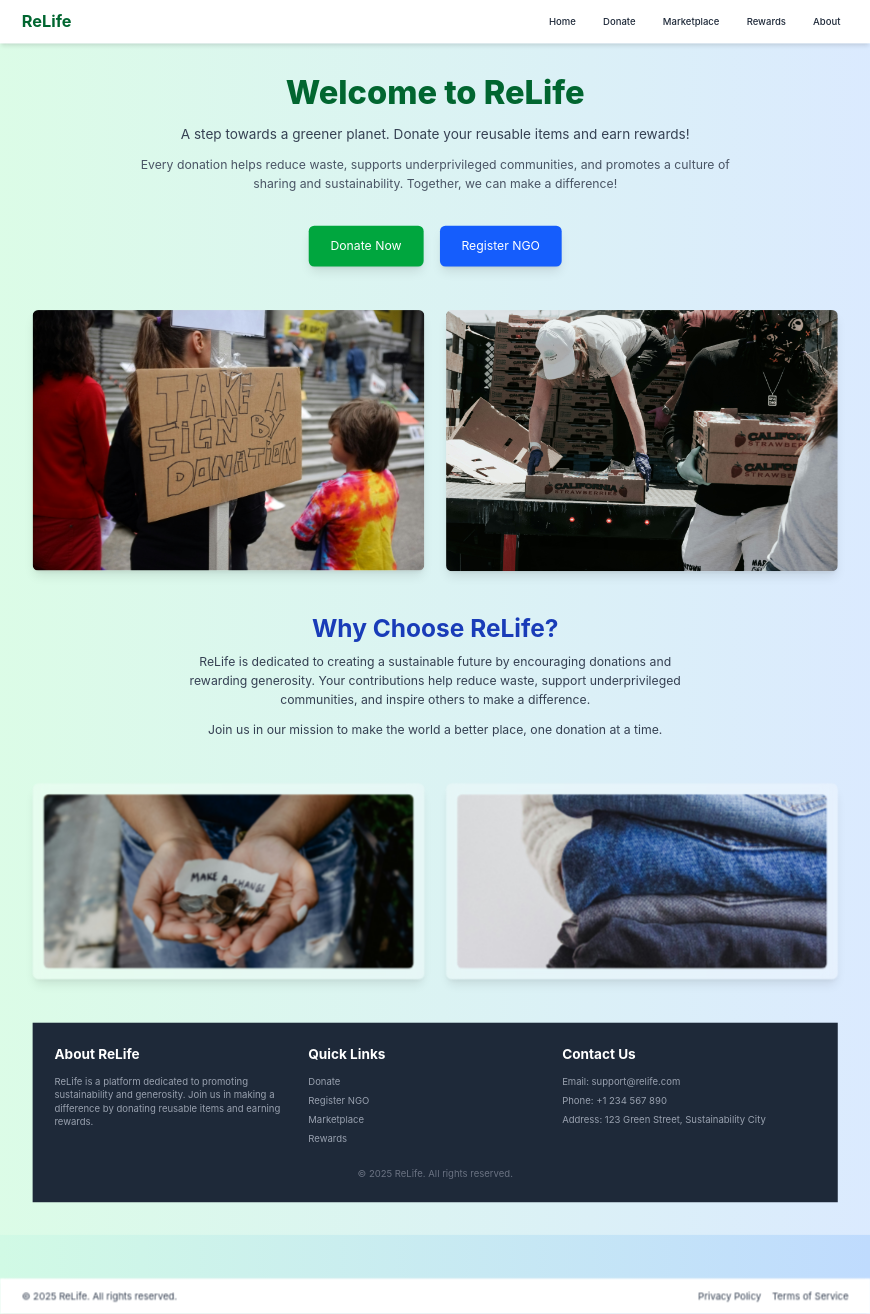
Repository: Harsh-verma24/edonation-drive
Page: / (app in frontend/)
An editor plug-in stored every save of this project. The page is shown before and after the next save, followed by the edit.
The browser window is 1280 px wide. The pictures show the whole page, at 68% of full size.
The project was rebuilt for these pictures with package versions that can differ from the ones it lists, and the page was loaded fresh each time. Also part of the build but not shown: frontend/vite.config.js, frontend/src/utils/axiosInstance.js, frontend/src/pages/Donate.jsx, frontend/src/pages/Rewards.jsx, frontend/src/pages/Marketplace.jsx, frontend/src/pages/About.jsx.

Above is the page before, as saved 2025-10-15 22:37:27.

### frontend/src/main.jsx
import { StrictMode } from 'react'
import { createRoot } from 'react-dom/client'
import './index.css'
import App from './App.jsx'
import { createBrowserRouter, RouterProvider } from 'react-router-dom';
import Navbar from './components/Navbar';
import Home from './pages/Home';
import Donate from './pages/Donate';
import Rewards from './pages/Rewards';
import Marketplace from './pages/Marketplace';
import About from './pages/About';

const router = createBrowserRouter([
  {
    path: '/',
    element: <App />, // Wrap all routes with App to include Navbar and Footer
    children: [
      { path: '/', element: <Home /> },
      { path: '/donate', element: <Donate /> },
      { path: '/rewards', element: <Rewards /> },
      { path: '/marketplace', element: <Marketplace /> },
      { path: '/about', element: <About /> }, // Add route for About page
    ],
  },
]);

createRoot(document.getElementById('root')).render(
  <StrictMode>
    <RouterProvider router={router} />
  </StrictMode>,
)

### frontend/src/index.css
@import "tailwindcss";

@layer base {
  :root {
    --primary-color: #16a34a; /* Green */
    --secondary-color: #2563eb; /* Blue */
    --background-gradient: linear-gradient(to right, #d1fae5, #bfdbfe);
    --text-color: #374151; /* Gray */
  }
}

body {
  background: var(--background-gradient);
  color: var(--text-color);
  font-family: 'Inter', sans-serif;
}

### frontend/src/App.jsx
import React from 'react';
import Navbar from './components/Navbar';
import Footer from './components/Footer';
import { Outlet } from 'react-router-dom';

function App() {
  return (
    <div className="relative min-h-screen">
      <Navbar />
      <main className="pt-16 pb-16">{/* Adjust padding to account for fixed Navbar and Footer */}
        <Outlet />
      </main>
      <Footer />
    </div>
  );
}

export default App;

### frontend/src/components/Navbar.jsx
import React, { useState } from 'react';
import { Menu, X } from 'lucide-react';

const Navbar = () => {
  const [isOpen, setIsOpen] = useState(false);

  const toggleDrawer = () => {
    setIsOpen(!isOpen);
  };

  return (
    <nav className="bg-white bg-opacity-30 backdrop-blur-md shadow-md fixed top-0 left-0 w-full z-50">
      <div className="max-w-7xl mx-auto px-4 sm:px-6 lg:px-8">
        <div className="flex items-center justify-between h-16">
          <div className="flex-shrink-0">
            <a href="/" className="text-2xl font-bold text-green-800">ReLife</a>
          </div>
          <div className="md:hidden">
            <button onClick={toggleDrawer} className="text-gray-800 hover:text-green-600 focus:outline-none">
              {isOpen ? <X size={24} /> : <Menu size={24} />}
            </button>
          </div>
          <div className={`md:flex md:items-center md:space-x-4 ${isOpen ? 'block' : 'hidden'} absolute md:static top-16 left-0 w-full md:w-auto bg-white md:bg-transparent shadow-md md:shadow-none`}>
            <a href="/" className="block text-gray-800 hover:text-green-600 px-3 py-2 rounded-md text-sm font-medium">Home</a>
            <a href="/donate" className="block text-gray-800 hover:text-green-600 px-3 py-2 rounded-md text-sm font-medium">Donate</a>
            <a href="/marketplace" className="block text-gray-800 hover:text-green-600 px-3 py-2 rounded-md text-sm font-medium">Marketplace</a>
            <a href="/rewards" className="block text-gray-800 hover:text-green-600 px-3 py-2 rounded-md text-sm font-medium">Rewards</a>
            <a href="/about" className="block text-gray-800 hover:text-green-600 px-3 py-2 rounded-md text-sm font-medium">About</a>
          </div>
        </div>
      </div>
    </nav>
  );
};

export default Navbar;

### frontend/src/pages/Home.jsx
import React from 'react';

const Home = () => {
  return (
    <div className="p-12 bg-gradient-to-r from-green-100 to-blue-100 min-h-screen">
      <div className="text-center max-w-4xl mx-auto">
        <h1 className="text-5xl font-extrabold text-green-800">Welcome to ReLife</h1>
        <p className="mt-6 text-gray-700 text-xl">A step towards a greener planet. Donate your reusable items and earn rewards!</p>
        <p className="mt-4 text-gray-600 text-lg">Every donation helps reduce waste, supports underprivileged communities, and promotes a culture of sharing and sustainability. Together, we can make a difference!</p>
        <div className="mt-12 flex justify-center space-x-6">
          <a
            href="/donate"
            className="bg-green-600 text-white px-8 py-4 rounded-lg shadow-lg hover:bg-green-700 text-lg"
          >
            Donate Now
          </a>
          <a
            href="/register-ngo"
            className="bg-blue-600 text-white px-8 py-4 rounded-lg shadow-lg hover:bg-blue-700 text-lg"
          >
            Register NGO
          </a>
        </div>
      </div>
      <div className="mt-16 grid grid-cols-1 md:grid-cols-2 gap-8">
        <img
          src="/Hero-1.jpg"
          alt="Hero Image 1"
          className="rounded-lg shadow-lg"
        />
        <img
          src="/Hero-2.jpg"
          alt="Hero Image 2"
          className="rounded-lg shadow-lg"
        />
      </div>
      <div className="mt-16 text-center max-w-3xl mx-auto">
        <h2 className="text-4xl font-bold text-blue-800">Why Choose ReLife?</h2>
        <p className="mt-4 text-gray-700 text-lg">ReLife is dedicated to creating a sustainable future by encouraging donations and rewarding generosity. Your contributions help reduce waste, support underprivileged communities, and inspire others to make a difference.</p>
        <p className="mt-4 text-gray-700 text-lg">Join us in our mission to make the world a better place, one donation at a time.</p>
      </div>
      <div className="mt-16 grid grid-cols-1 md:grid-cols-2 gap-8">
        <div className="relative rounded-lg shadow-lg bg-white/30 backdrop-blur-md p-4">
          <img
            src="/katt-yukawa-K0E6E0a0R3A-unsplash.jpg"
            alt="Make a Change"
            className="rounded-lg w-full h-64 object-cover"
          />
        </div>
        <div className="relative rounded-lg shadow-lg bg-white/30 backdrop-blur-md p-4">
          <img
            src="/maude-frederique-lavoie-EDSTj4kCUcw-unsplash.jpg"
            alt="Blue and White Textile"
            className="rounded-lg w-full h-64 object-cover"
          />
        </div>
      </div>
      <footer className="bg-gray-800 text-white py-8 mt-16">
        <div className="max-w-6xl mx-auto px-4">
          <div className="flex flex-wrap justify-between">
            <div className="w-full md:w-1/3 mb-6 md:mb-0">
              <h3 className="text-xl font-bold">About ReLife</h3>
              <p className="mt-4 text-gray-400 text-sm">ReLife is a platform dedicated to promoting sustainability and generosity. Join us in making a difference by donating reusable items and earning rewards.</p>
            </div>
            <div className="w-full md:w-1/3 mb-6 md:mb-0">
              <h3 className="text-xl font-bold">Quick Links</h3>
              <ul className="mt-4 text-gray-400 text-sm space-y-2">
                <li><a href="/donate" className="hover:text-white">Donate</a></li>
                <li><a href="/register-ngo" className="hover:text-white">Register NGO</a></li>
                <li><a href="/marketplace" className="hover:text-white">Marketplace</a></li>
                <li><a href="/rewards" className="hover:text-white">Rewards</a></li>
              </ul>
            </div>
            <div className="w-full md:w-1/3">
              <h3 className="text-xl font-bold">Contact Us</h3>
              <p className="mt-4 text-gray-400 text-sm">Email: support@relife.com</p>
              <p className="mt-2 text-gray-400 text-sm">Phone: +1 234 567 890</p>
              <p className="mt-2 text-gray-400 text-sm">Address: 123 Green Street, Sustainability City</p>
            </div>
          </div>
          <div className="mt-8 text-center text-gray-500 text-sm">
            &copy; 2025 ReLife. All rights reserved.
          </div>
        </div>
      </footer>
    </div>
  );
};

export default Home;

### frontend/src/components/Footer.jsx
import React from 'react';

const Footer = () => {
  return (
    <footer className="bg-white bg-opacity-30 backdrop-blur-md shadow-md relative bottom-0 left-0 w-full">
      <div className="max-w-7xl mx-auto px-4 sm:px-6 lg:px-8 py-4">
        <div className="flex justify-between items-center">
          <p className="text-gray-700 text-sm">&copy; 2025 ReLife. All rights reserved.</p>
          <div className="flex space-x-4">
            <a href="#" className="text-gray-700 hover:text-green-600 text-sm">Privacy Policy</a>
            <a href="#" className="text-gray-700 hover:text-green-600 text-sm">Terms of Service</a>
          </div>
        </div>
      </div>
    </footer>
  );
};

export default Footer;

Loaded but not shown: frontend/index.html (common file)

After the next save:
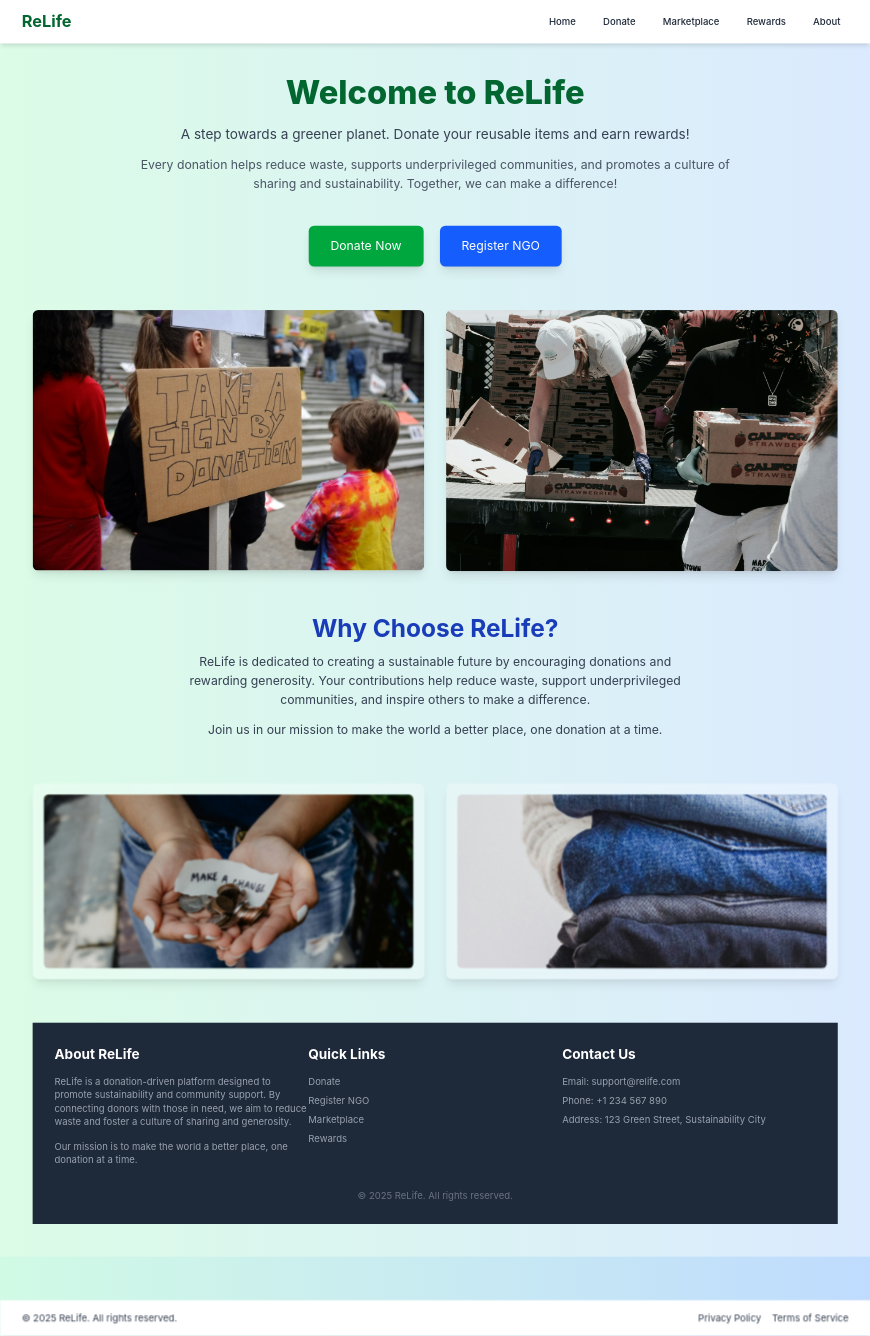
Saved 8 min 54 s later.
--- a/frontend/src/pages/Home.jsx
+++ b/frontend/src/pages/Home.jsx
@@ -60,7 +60,8 @@ const Home = () => {
           <div className="flex flex-wrap justify-between">
             <div className="w-full md:w-1/3 mb-6 md:mb-0">
               <h3 className="text-xl font-bold">About ReLife</h3>
-              <p className="mt-4 text-gray-400 text-sm">ReLife is a platform dedicated to promoting sustainability and generosity. Join us in making a difference by donating reusable items and earning rewards.</p>
+              <p className="mt-4 text-gray-400 text-sm">ReLife is a donation-driven platform designed to promote sustainability and community support. By connecting donors with those in need, we aim to reduce waste and foster a culture of sharing and generosity.</p>
+              <p className="mt-4 text-gray-400 text-sm">Our mission is to make the world a better place, one donation at a time.</p>
             </div>
             <div className="w-full md:w-1/3 mb-6 md:mb-0">
               <h3 className="text-xl font-bold">Quick Links</h3>
